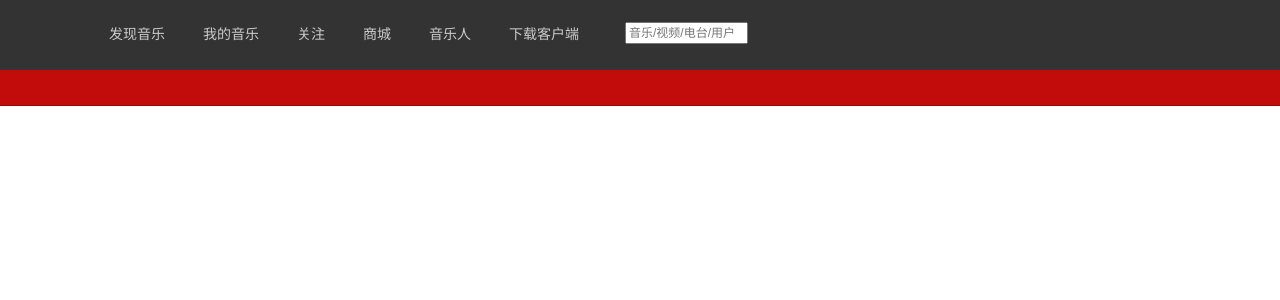
Repository: xtcgjk/-
Page: /
These files come from the project's save history. The page is drawn as it stood at one moment and after the next save; the edit follows.
The browser window is 1280 px wide. The pictures show the whole page.
Pictures or frames that could not be fetched are drawn as grey boxes. The project was rebuilt for these pictures with package versions that can differ from the ones it lists, and the page was loaded fresh each time.

Above is the page before, as saved 2022-02-23 16:42:55.

### index.html
<!DOCTYPE html>
<html>
  <head>
    <meta charset="utf-8" />
    <meta name="viewport" content="width=device-width,initial-scale=1.0" />
    <title>vue-music</title>
  </head>
  <body>
    <div id="app"></div>
    <!-- built files will be auto injected -->
  </body>
</html>
<style>
  body {
    margin: 0;
    padding: 0;
  }
</style>

### src/main.js
// The Vue build version to load with the `import` command
// (runtime-only or standalone) has been set in webpack.base.conf with an alias.
import Vue from "vue";
import App from "./App";
import router from "./routers";
import http from "./axios/index";
import ElementUI from "element-ui";
import "element-ui/lib/theme-chalk/index.css";

Vue.use(ElementUI);
Vue.prototype.$http = http;

/* eslint-disable no-new */
new Vue({
  el: "#app",
  router,
  components: { App },
  template: "<App/>"
});

### src/App.vue
<template>
  <div id="app">
    <router-view></router-view>
  </div>
</template>

<script>
export default {
  name: "App",
  components: {},
};
</script>

<style>
/* #app {
  font-family: "Avenir", Helvetica, Arial, sans-serif;
  -webkit-font-smoothing: antialiased;
  -moz-osx-font-smoothing: grayscale;
  text-align: center;
  color: #2c3e50;
  margin-top: 60px;
} */
</style>

### src/routers/index.js
import Vue from "vue";
import VueRouter from "vue-router";
Vue.use(VueRouter);
const router = new VueRouter({
  mode: "history",
  routes: [
    {
      path: "/",
      redirect: "/music"
    },
    {
      path: "/music",
      component: () => import("@/views/music")
    }
  ]
});

export default router;

### src/axios/index.js
function http(userOptions) {
  console.log("成功了");
}

### src/views/music/index.vue
<template>
  <div id="container">
    <div></div>
    <Header />
    <Header2 />
  </div>
</template>

<script>
import Header from "../../components/header";
import Header2 from "../../components/header2";
export default {
  components: {
    Header,
    Header2,
  },
};
</script>
<style scoped>
</style>

### src/components/header/index.vue
<template>
  <div id="wrapper">
    <div id="header">
      <router-link to="">发现音乐</router-link>
      <router-link to="">我的音乐</router-link>
      <router-link to="">关注</router-link>
      <router-link to="">商城</router-link>
      <router-link to="">音乐人</router-link>
      <router-link to="">下载客户端</router-link>
      <div id="search">
        <input
          placeholder="音乐/视频/电台/用户"
          type="text"
          style="
            color: #9b9b9b;
            font-size: 12px;
            width: 115px;
            height: 16px;
            position: absolute;
            left: 27px;
            top: 5px;
          "
        />
      </div>
    </div>
  </div>
</template>

<script>
export default {
  name: "Header",
  data() {
    return {};
  },
};
</script>
<style scoped>
#wrapper {
  background-color: #333;
}
#header {
  width: 1100px;
  height: 70px;
  background-color: #333;
  margin: auto;
}
a {
  text-decoration: none;
  color: #ccc;
  font-style: normal;
  font-size: 14px;
  height: 70px;
  line-height: 70px;
  display: inline-block;
  padding: 0 19px;
}
#search {
  width: 158px;
  height: 32px;
  background-color: #fff;
  border-radius: 32px;
  display: inline-block;
  position: relative;
  top: 10px;
  background: url("https://s2.music.126.net/style/web2/img/frame/topbar.png?4f6fb03712f27ca0c00b91570c886687")
    no-repeat 0 99px;
}
</style>

### src/components/header2/index.vue
<template>
  <div id="header2"></div>
</template>
<script>
export default {
  name: "Header2",
  data() {
    return {};
  },
};
</script>
<style scoped>
#header2 {
  height: 35px;
  background-color: #c20c0c;
  border-bottom: 1px solid #a40011;
}
</style>

After the next save:
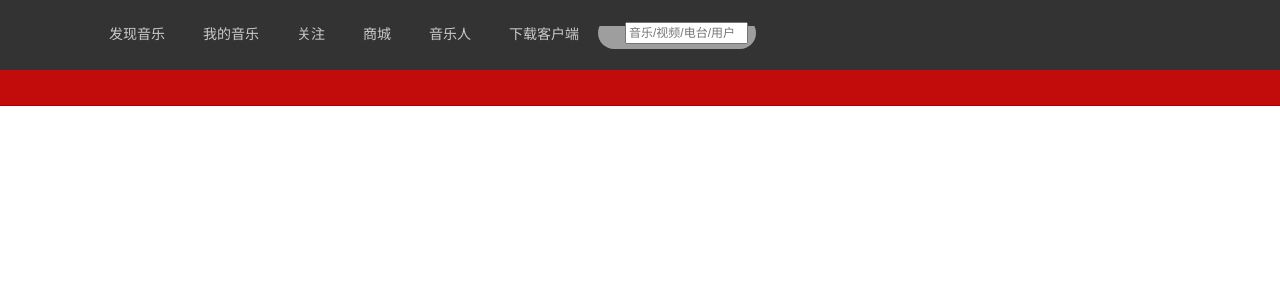
Saved 19 s later.
--- a/src/components/header/index.vue
+++ b/src/components/header/index.vue
@@ -63,6 +63,6 @@ a {
   position: relative;
   top: 10px;
   background: url("https://s2.music.126.net/style/web2/img/frame/topbar.png?4f6fb03712f27ca0c00b91570c886687")
-    no-repeat 0 99px;
+    no-repeat 0 9px;
 }
 </style>
